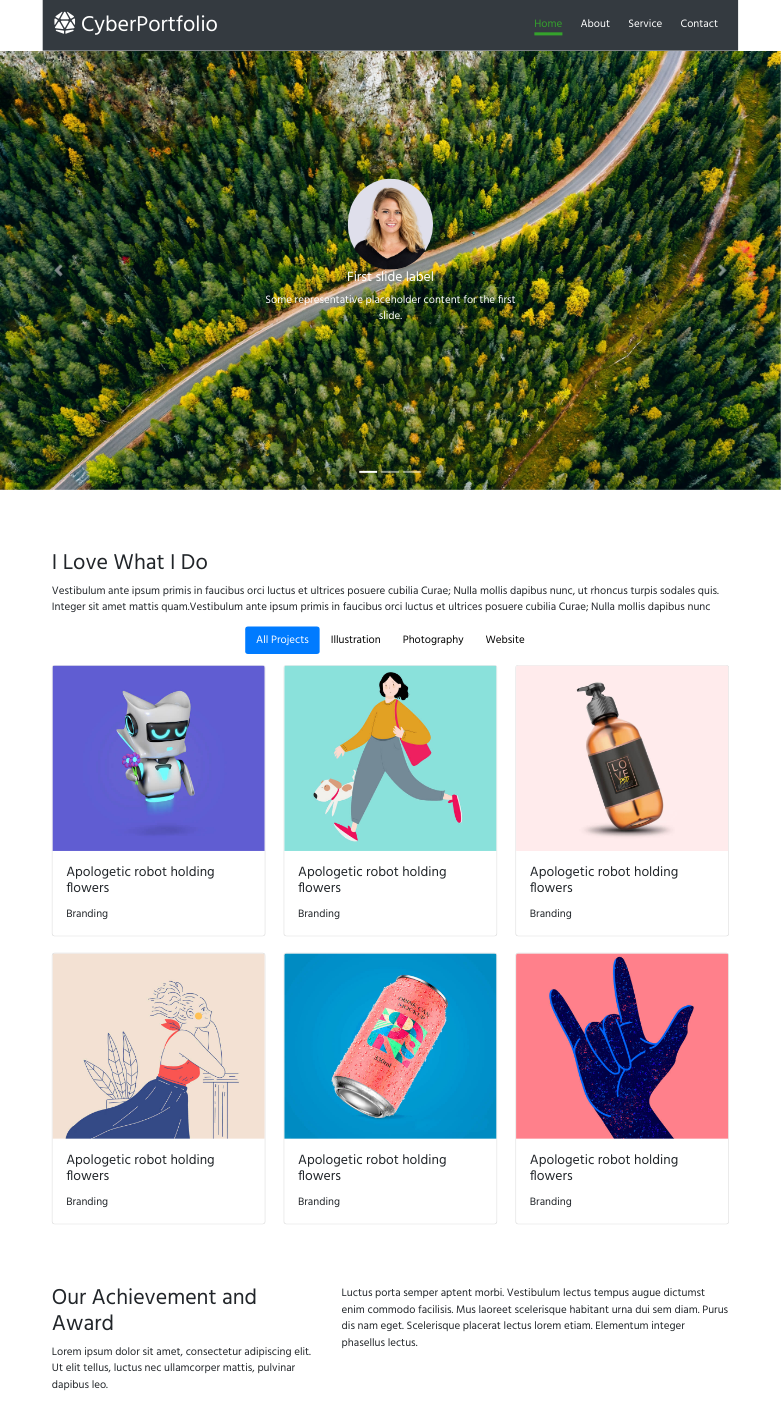
Repository: thanhfrankie/portfolio
Page: index.html
These files come from the project's save history. The page is drawn as it stood at one moment and after a run of saves; the edit follows.
The browser window is 1280 px wide. The pictures show the whole page, at 61% of full size.

Above is the page before, as saved 2023-11-30 10:32:50.

After the next 14 saves:
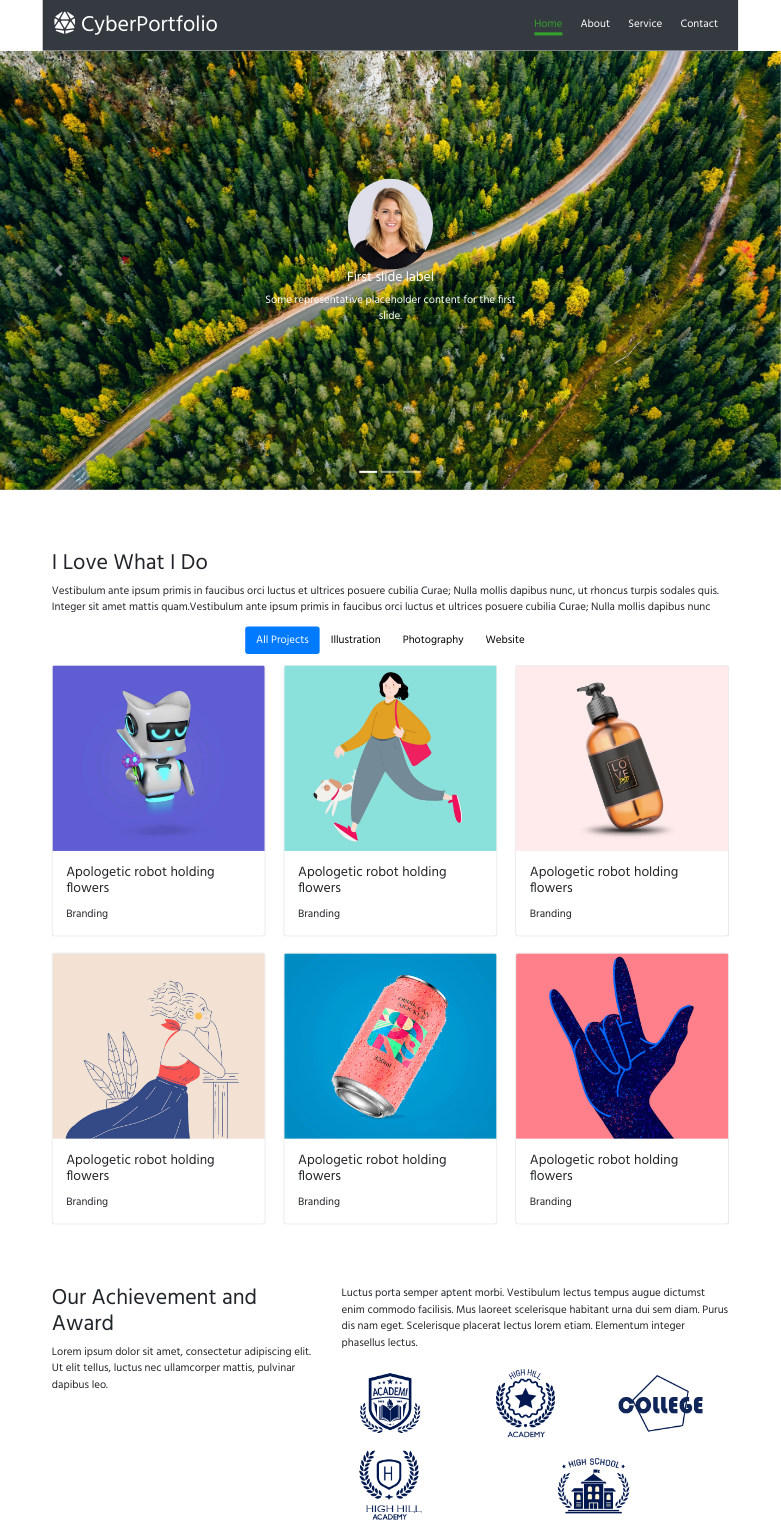
The 14 saves are shown as one change because they came seconds apart.
The last was saved 36 s later.
--- a/index.html
+++ b/index.html
@@ -255,19 +255,19 @@
           -->
           <div class="row">
             <div class="col">
-              <img src="" alt="">
-            </div>
-            <div class="col">
-              <img src="" alt="">
-            </div>
-            <div class="col">
-              <img src="" alt="">
-            </div>
-            <div class="col">
-              <img src="" alt="">
-            </div>
-            <div class="col">
-              <img src="" alt="">
+              <img src="./img/award-1.png" alt="">
+            </div>
+            <div class="col">
+              <img src="./img/award-2.png" alt="">
+            </div>
+            <div class="col">
+              <img src="./img/award-3.png" alt="">
+            </div>
+            <div class="col">
+              <img src="./img/award-4.png" alt="">
+            </div>
+            <div class="col">
+              <img src="./img/award-5.png" alt="">
             </div>
           </div>
         </div>
